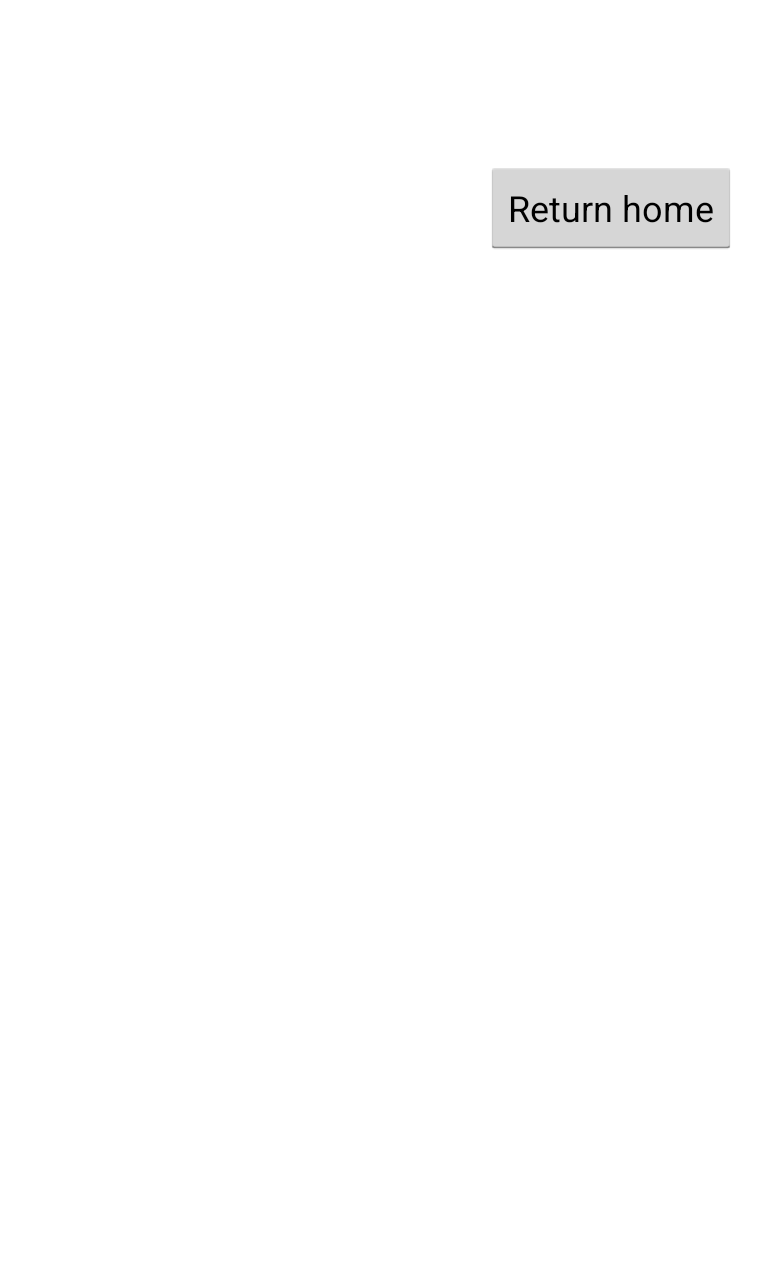
Repository: harvard-lil/wtwba-android-app
Layout: wtwba/res/layout/activity_item_found.xml
These files come from the project's save history. The layout is drawn as it stood at one moment and after the next save; the edit follows.
It is drawn on a 768 x 1280 px phone screen (xhdpi) without system bars, with theme AppTheme; the app's code is not run.

Above is the layout before, as saved 2013-03-19 14:43:50.

### wtwba/res/layout/activity_item_found.xml
<?xml version="1.0" encoding="utf-8"?>
<LinearLayout xmlns:android="http://schemas.android.com/apk/res/android"
    android:layout_width="match_parent"
    android:layout_height="match_parent"
    android:orientation="vertical" >

    <LinearLayout
        android:layout_width="fill_parent"
        android:layout_height="80dp"
        android:orientation="horizontal" >

        <LinearLayout
            android:layout_width="wrap_content"
            android:layout_height="match_parent"
            android:layout_gravity="left"
            android:orientation="vertical" >

            <ImageView
                android:id="@+id/icon_preview"
                android:layout_width="50dp"
                android:layout_height="match_parent"
                android:layout_margin="10dp"
                android:adjustViewBounds="true"
                android:scaleType="fitXY" />
        </LinearLayout>

        <LinearLayout
            android:layout_width="match_parent"
            android:layout_height="match_parent"
            android:layout_gravity="right"
            android:layout_marginRight="5dip"
            android:orientation="vertical" >

            <TextView
                android:id="@+id/title_preview"
                android:layout_width="match_parent"
                android:layout_height="wrap_content"
                android:layout_margin="10dp"
                android:gravity="left|top"
                android:textAppearance="?android:attr/textAppearanceMedium"
                android:textColor="#4c11a9" />
        </LinearLayout>
    </LinearLayout>

    <LinearLayout
        android:layout_width="match_parent"
        android:layout_height="wrap_content"
        android:layout_gravity="right"
        android:layout_marginRight="5dip"
        android:orientation="vertical" >

        <Button
            android:layout_width="wrap_content"
            android:layout_height="wrap_content"
            android:layout_marginBottom="10dp"
            android:layout_gravity="right"
            android:layout_marginRight="10dp"
            android:onClick="returnToList"
            android:text="@string/button_item_confrim" />
    </LinearLayout>

</LinearLayout>

### wtwba/res/values/strings.xml
<?xml version="1.0" encoding="utf-8"?>
<resources>

    <string name="app_name">wtwba</string>
    <string name="main_activity_title">Where the Wild Books Are</string>
    <string name="activity_item_details_title">Wild Books</string>
    <string name="activity_scan_title">Wild Books</string>
    <string name="activity_manage_user_title">Manage user key</string>
    <string name="activity_type_barcode_title">Add item using fingers</string>
    <string name="activity_location_title">Select your current location</string>
    <string name="item_found_title">Yeehaw! We added your item</string>
    <string name="scan_error_title">Something went wrong</string>
    <string name="user_name_box_label">Enter your assigned user key</string>
    <string name="edit_message">Enter a message</string>
    <string name="loading_message">Loading</string>


    <string name="button_confirm_delete">Delete from list</string>
    <string name="button_scan_item">Scan barcode</string>
    <string name="button_key_item">Type barcode</string>
    <string name="activity_delete_title">Delete from list</string>

    <string name="button_scan">Scan</string>
    <string name="button_type">Find item</string>
    <string name="button_item_confrim">Return home</string>
    <string name="button_add">Add to list</string>
    <string name="button_save_user_name">Save user key</string>
    <string name="menu_settings">Settings</string>
    <string name="scan_error">Something went wrong when when I tried to add the item. Sorry. Can you give it a try again?</string>
    <string name="title_activity_main">MainActivity</string>
    <string name="type_barcode_instructions">Type in the barcode number</string>
    <string name="hello_world">Hello world!</string>
    <string name="title_holder">Sample Title Here</string>
    <string name="connection_error">Unable to connect to network</string>
    <string name="title_activity_display_message">DisplayMessageActivity</string>
    <string name="empty_list">You haven\'t added any items.</string>

</resources>

Loaded but not shown: wtwba/res/values-v11/styles.xml (common file); wtwba/res/values-v14/styles.xml (common file); wtwba/res/values/styles.xml (common file)

After the next save:
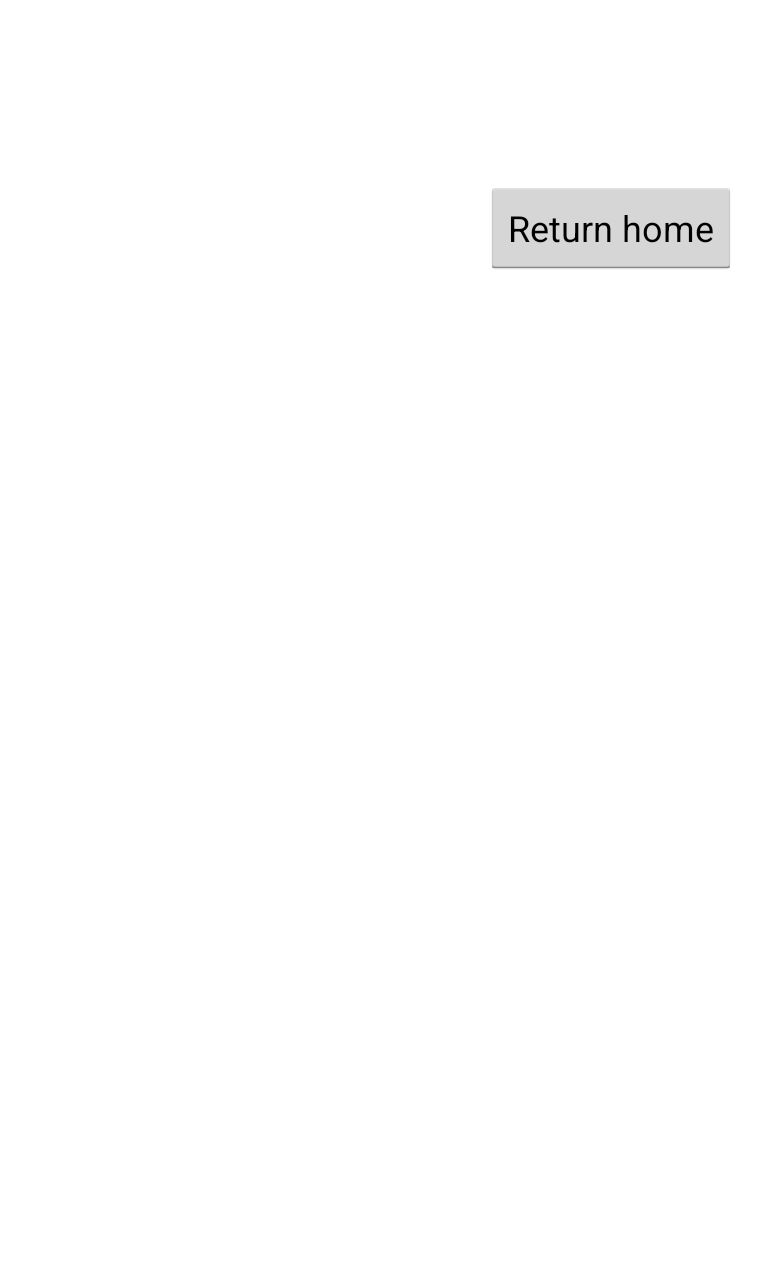
Saved 3 min 6 s later.
--- a/wtwba/res/layout/activity_item_found.xml
+++ b/wtwba/res/layout/activity_item_found.xml
@@ -6,7 +6,7 @@
 
     <LinearLayout
         android:layout_width="fill_parent"
-        android:layout_height="80dp"
+        android:layout_height="90dp"
         android:orientation="horizontal" >
 
         <LinearLayout
@@ -17,7 +17,7 @@
 
             <ImageView
                 android:id="@+id/icon_preview"
-                android:layout_width="50dp"
+                android:layout_width="60dp"
                 android:layout_height="match_parent"
                 android:layout_margin="10dp"
                 android:adjustViewBounds="true"
